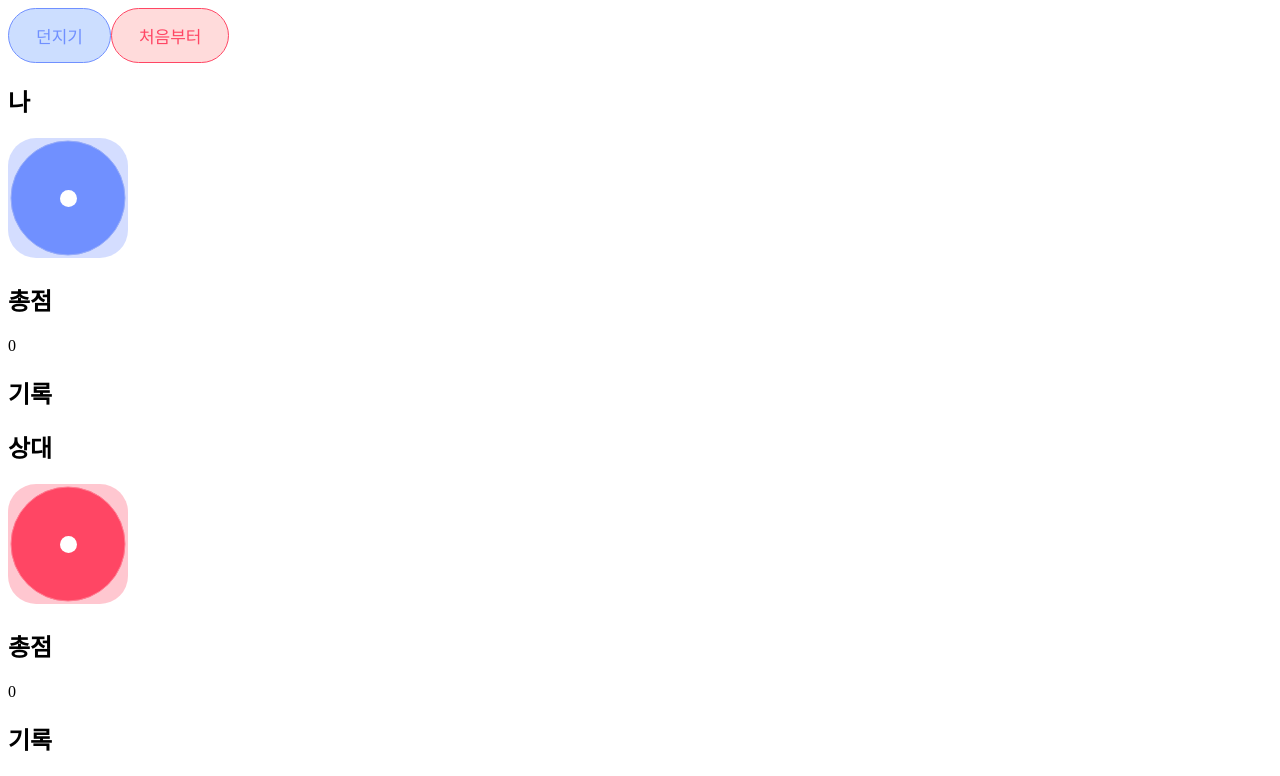
Repository: songjiwon17/React_study
Page: /
An editor plug-in stored every save of this project. The page is shown before and after the next save, followed by the edit.
The browser window is 1280 px wide. The pictures show the whole page.
The project was rebuilt for these pictures with package versions that can differ from the ones it lists, and the page was loaded fresh each time.

Above is the page before, as saved 2023-09-16 22:37:28.

### public/index.html
<!DOCTYPE html>
<html lang="ko">
  <head>
    <meta charset="utf-8" />
    <title>주사위게임</title>
  </head>
  <body>
    <div id="root"></div>
  </body>
</html>

### src/index.js
import ReactDOM from 'react-dom/client';
import Dice from './Dice';
import App from './App';

const root = ReactDOM.createRoot(document.getElementById('root'));
root.render(
    <App></App>
);

### src/Dice.js
import diceBlue01 from "./assets/dice-blue-1.svg";
import diceBlue02 from "./assets/dice-blue-2.svg";
import diceBlue03 from "./assets/dice-blue-3.svg";
import diceBlue04 from "./assets/dice-blue-4.svg";
import diceBlue05 from "./assets/dice-blue-5.svg";
import diceBlue06 from "./assets/dice-blue-6.svg";
import diceRed01 from "./assets/dice-red-1.svg";
import diceRed02 from "./assets/dice-red-2.svg";
import diceRed03 from "./assets/dice-red-3.svg";
import diceRed04 from "./assets/dice-red-4.svg";
import diceRed05 from "./assets/dice-red-5.svg";
import diceRed06 from "./assets/dice-red-6.svg";

const DICE_IMAGES = {
    blue: [diceBlue01, diceBlue02, diceBlue03, diceBlue04, diceBlue05, diceBlue06],
    red: [diceRed01, diceRed02, diceRed03, diceRed04, diceRed05, diceRed06]
};

function Dice({color = "blue" ,num = 1}){
    const src = DICE_IMAGES[color][num -1];
    const alt = `${color} ${num}`;
    return <img src={src} alt={alt}/>;
}
export default Dice;

### src/App.js
import { useState } from "react";
import Board from "./Board";
import Button from "./Button";

function random(n){
    return Math.ceil(Math.random() * n);
}

function App(){
    const [myHistory, setMyHistory] = useState([]);
    const [otherHistory, setOtherHistory] = useState([]);

    const handleRollClick = ()=>{
        const nextMyNum = random(6);
        const nextOtherNum = random(6);
        setMyHistory([...myHistory, nextMyNum]);
        setOtherHistory([...otherHistory, nextOtherNum]);
    }
    const handleClearClick = () =>{
        setMyHistory([]);
        setOtherHistory([]);
    }

    return(
        <div>
            <div>
                <Button color="blue" onClick={handleRollClick}>던지기</Button>
                <Button color="red" onClick={handleClearClick}>처음부터</Button>
            </div>
            <div>
                <Board name="나" color="blue" gameHistory={myHistory}/>
                <Board name="상대" color="red" gameHistory={otherHistory} />
            </div>
        </div>
    )
}
export default App;

### src/Board.js
import { useState } from "react";
import Button from "./Button";
import Dice from "./Dice";

function Board({name, color, gameHistory}){
    const num = gameHistory[gameHistory.length -1] || 1;
    const sum = gameHistory.reduce((a,b) => a+b,0);

    return(
        <div>
            <h2>{name}</h2>
            <Dice color={color} num = {num}/>
            <h2>총점</h2>
            <p>{sum}</p>
            <h2>기록</h2>
            <p>{gameHistory.join(', ')}</p>
        </div>
    )
}
export default Board;

### src/Button.js
const baseButtonStyle = {
    padding: '14px 27px',
    outline: 'none',
    cursor: 'pointer',
    borderRadius: '30px',
    fontSize: '17px',
};

const blueButtonStyle = {
    ...baseButtonStyle,
    backgroundColor: 'rgba(0, 89, 255, 0.2)',
    border: 'solid 1px #7090ff',
    color: '#7090ff'
}

const redButtonStyle = {
    ...baseButtonStyle,
    backgroundColor: 'rgba(255, 78, 78, 0.2)',
    border: 'solid 1px #ff4664',
    color: '#ff4664'
}

function Button({children ,onClick, color}){
    const style = color === 'red' ? redButtonStyle : blueButtonStyle;
    return <button style={style} onClick={onClick}>{children}</button>
}
export default Button;

### src/index.css
body{
    background-color: #191f2c;
    color: #fff;
}

After the next save:
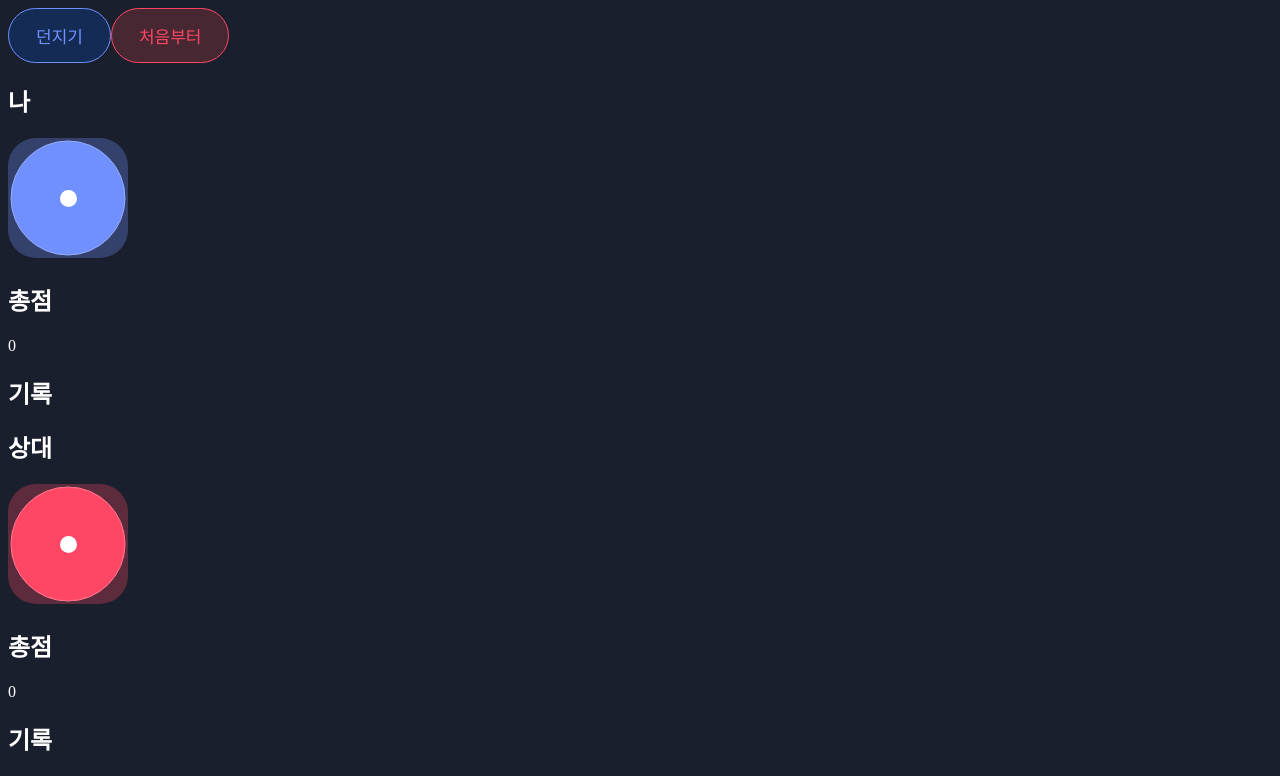
Saved 69 s later.
--- a/src/index.js
+++ b/src/index.js
@@ -1,6 +1,7 @@
 import ReactDOM from 'react-dom/client';
 import Dice from './Dice';
 import App from './App';
+import './index.css';
 
 const root = ReactDOM.createRoot(document.getElementById('root'));
 root.render(
